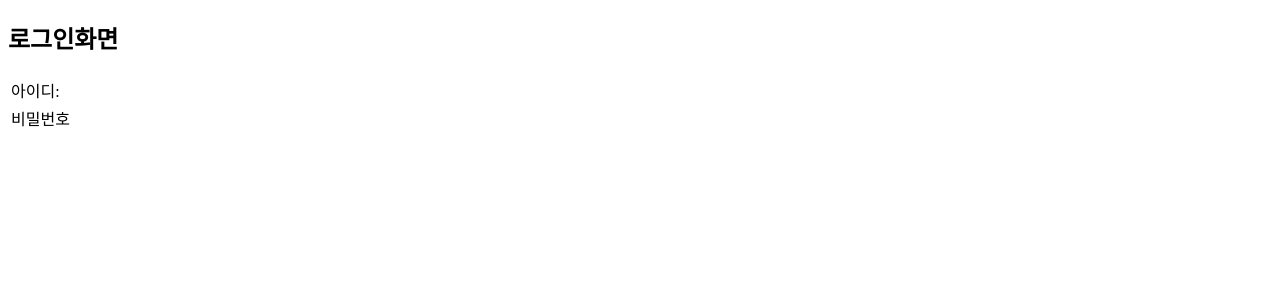
Repository: JungYOsup/Mini_project
Page: http://localhost/EsCape_Room/login_form.jsp
An editor plug-in stored every save of this project. The page is shown before and after the next save, followed by the edit.
The browser window is 1280 px wide. The pictures show the whole page.
The page is served by Tomcat 9. Other server files are loaded and not shown.

Above is the page before, as saved 2018-01-15 07:19:02.

### EsCape_Room/WebContent/login_form.jsp
<!--- 페이지 디렉티브<%--  <%@page %> --%> : JSP페이지에 대한 설정 정보를 지정 -->
<!--인코딩은 UTF-8이고 , html이다.  -->
<!--이렇게 3가지를 구성해줘야지 한글이 안깨짐  -->
<%@ page language="java" contentType="text/html; charset=UTF-8" %>
<%request.setCharacterEncoding("utf-8"); %>
<%response.setContentType("text/html; charset=UTF-8"); %>

<!-- <!DOCTYPE html PUBLIC "-//W3C//DTD HTML 4.01 Transitional//EN" "http://www.w3.org/TR/html4/loose.dtd"> HTML4버전     -->
<!DOCTYPE html> <!--HTML5로 버전을 지정해줌 -->

<html>
<head>
<meta http-equiv="Content-Type" content="text/html; charset=UTF-8">
<title>Insert title here</title>
</head>
<body>
<h2>로그인화면</h2>

<table>

	<tr>
		<td>아이디:</td>
		<td></td>

	</tr>

	<tr>
		<td>비밀번호</td>
		<td></td>
	</tr>


</table>
</body>
</html>

After the next save:
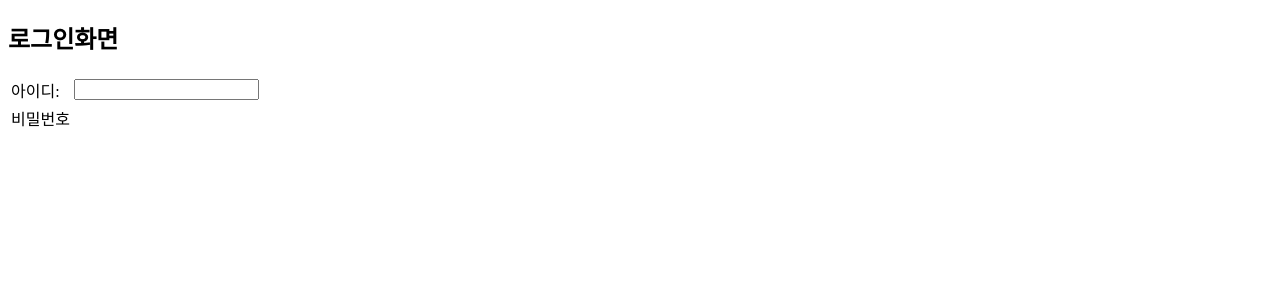
Saved 8 s later.
--- a/EsCape_Room/WebContent/login_form.jsp
+++ b/EsCape_Room/WebContent/login_form.jsp
@@ -20,7 +20,7 @@
 
 	<tr>
 		<td>아이디:</td>
-		<td></td>
+		<td><input type="text"> </td>
 
 	</tr>
 
